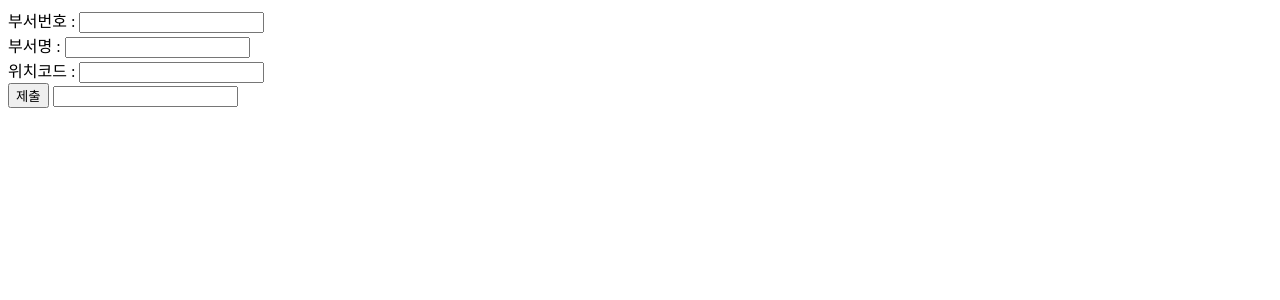
Repository: SuYOUNGgg/JavaStudy
Page: http://localhost/TestWeb13/insert.jsp
The author's editor kept a copy of each file at every save. The page is drawn from the files as they stood at one save, then again after the next save.
The browser window is 1280 px wide. The pictures show the whole page.
The page is served by Tomcat 9.

Above is the page before, as saved 2020-05-19 06:37:49.

After the next save:
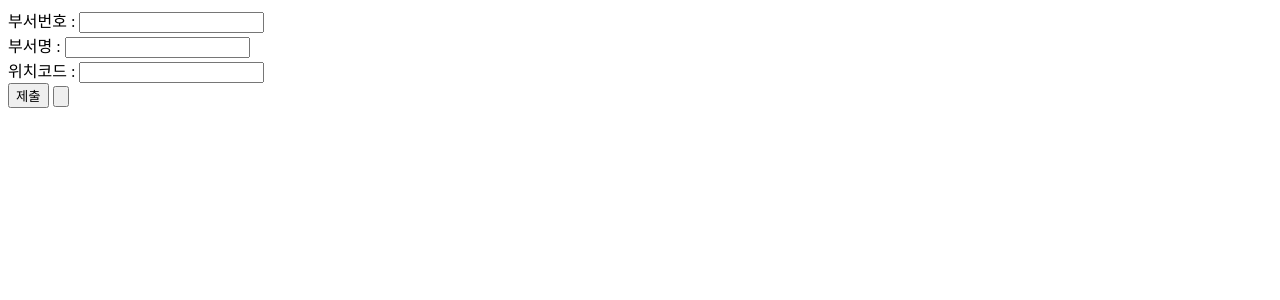
Saved 2 min 12 s later.
--- a/JavaProgramming/~0520/TestWeb13/WebContent/insert.jsp
+++ b/JavaProgramming/~0520/TestWeb13/WebContent/insert.jsp
@@ -12,7 +12,7 @@
 부서명 : <input type="text" name="dept_id"><br>
 위치코드 : <input type="text" name="dept_id"><br>
 <input type="submit" value="제출">
-<input type="" name="취소">
+<input type="button" name="취소">
 </form>
 </body>
 </html>
